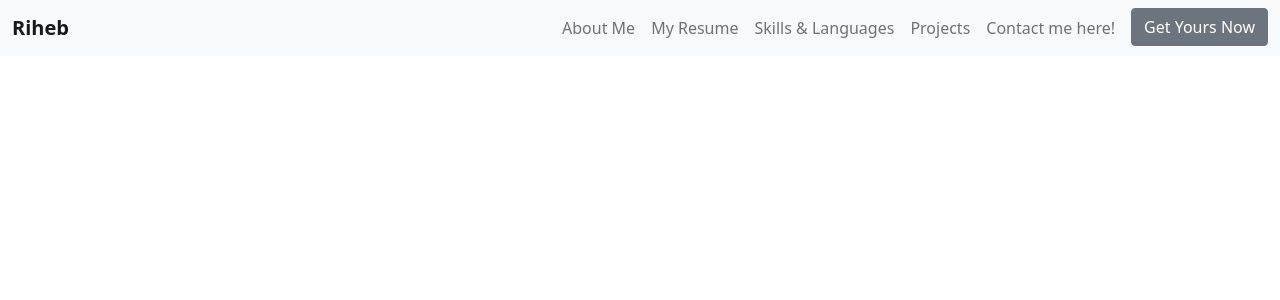
Repository: rihebtlh/portfolio
Page: new.html
The author's editor kept a copy of each file at every save. The page is drawn from the files as they stood at one save, then again after a run of saves.
The browser window is 1280 px wide. The pictures show the whole page.

Above is the page before, as saved 2025-07-01 16:48:22.

### new.html
<!DOCTYPE html>
<html lang="en">
<head>
  <meta charset="UTF-8" />
  <meta name="viewport" content="width=device-width, initial-scale=1.0" />
  <link href="https://cdn.jsdelivr.net/npm/bootstrap@5.0.2/dist/css/bootstrap.min.css" rel="stylesheet" integrity="sha384-EVSTQN3/azprG1Anm3QDgpJLIm9Nao0Yz1ztcQTwFspd3yD65VohhpuuCOmLASjC" crossorigin="anonymous">
  <script src="https://cdn.jsdelivr.net/npm/bootstrap@5.0.2/dist/js/bootstrap.bundle.min.js" integrity="sha384-MrcW6ZMFYlzcLA8Nl+NtUVF0sA7MsXsP1UyJoMp4YLEuNSfAP+JcXn/tWtIaxVXM" crossorigin="anonymous"></script>
  <title>Riheb Talhi Portfolio</title>
</head>
<body>

  <!-- Navbar -->
  <nav class="navbar navbar-expand-md navbar-light bg-light">
    <div class="container-xxl">
      <a class="navbar-brand fw-bold" href="#">Riheb</a>

      <!-- Toggle button for mobile -->
      <button
        class="navbar-toggler" type="button" data-bs-toggle="collapse" data-bs-target="#main-nav"
        aria-controls="main-nav" aria-expanded="false" aria-label="Toggle navigation">
        <span class="navbar-toggler-icon"></span>
      </button>

      <!-- Collapsible content -->
      <div class="collapse navbar-collapse justify-content-end align-items-center" id="main-nav">
        <ul class="navbar-nav">
          <li class="nav-item">
            <a class="nav-link" href="#topics">About Me</a>
          </li>
          <li class="nav-item">
            <a class="nav-link" href="#reviews">My Resume</a>
          </li>
          <li class="nav-item">
            <a class="nav-link" href="#contact">Skills & Languages</a>
          </li>
          <li class="nav-item">
            <a class="nav-link" href="#available-cats">Projects</a>
          </li>
          <li class="nav-item">
            <a class="nav-link" href="#shop">Contact me here!</a>
          </li>
          <li class="nav-item ms-2 d-none d-md-inline">
            <a class="btn btn-secondary" href="#available-cats">Get Yours Now</a>
          </li>
        </ul>
      </div>
    </div>
  </nav>

  <!-- Bootstrap JS -->
  <script
    src="https://cdn.jsdelivr.net/npm/bootstrap@5.0.2/dist/js/bootstrap.bundle.min.js"
    integrity="sha384-MrcW6ZMFYlzcLA8Nl+NtUVF0sA7MsXsP1UyJoMp4YLEuNSfAP+JcXn/tWtIaxVXM"
    crossorigin="anonymous"
  ></script>

  <script>
    const tooltips = document.querySelectorAll('.tt');
    tooltips.forEach(t => {
      new bootstrap.Tooltip(t);
    });
  </script>
</body>
</html>

After the next 2 saves:
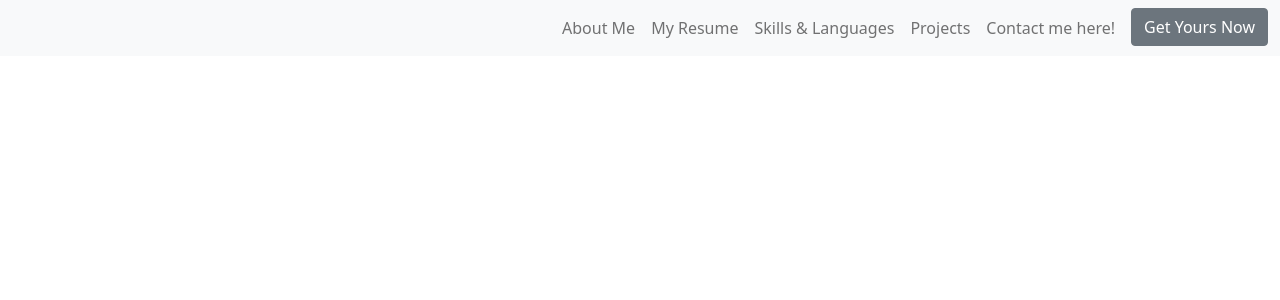
The 2 saves are shown as one change because they came seconds apart.
The last was saved 54 s later.
--- a/new.html
+++ b/new.html
@@ -12,7 +12,7 @@
   <!-- Navbar -->
   <nav class="navbar navbar-expand-md navbar-light bg-light">
     <div class="container-xxl">
-      <a class="navbar-brand fw-bold" href="#">Riheb</a>
+      <!--<a class="navbar-brand fw-bold" href="#">Riheb</a>
 
       <!-- Toggle button for mobile -->
       <button
